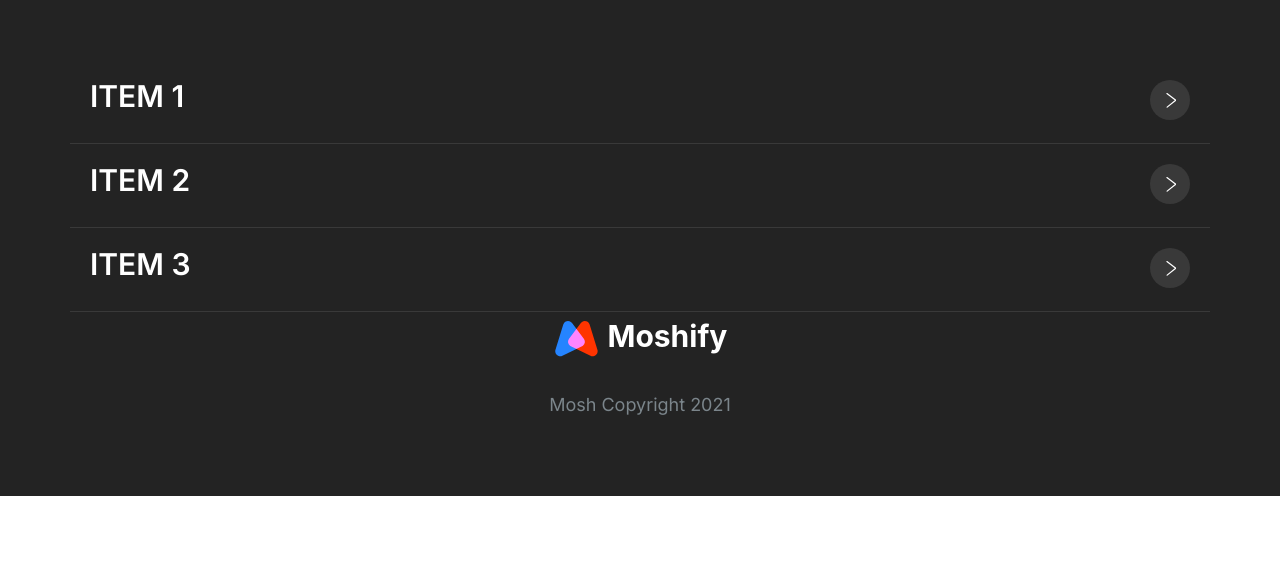
Repository: LeonUIO/first_website
Page: index.html
The author's editor kept a copy of each file at every save. The page is drawn from the files as they stood at one save, then again after the next save.
The browser window is 1280 px wide. The pictures show the whole page.

Above is the page before, as saved 2021-04-14 09:34:55.

### index.html
<!DOCTYPE html>
<html lang="en">
  <head>
    <meta charset="UTF-8" />
    <meta
      name="viewport"
      content="width=device-width, user-scalable=no, initial-scale=1.0, maximum-scale=1.0, minimum-scale=1.0"
    />
    <meta http-equiv="X-UA-Compatible" content="ie=edge" />
    <title>Document</title>
    <link rel="preconnect" href="https://fonts.gstatic.com" />
    <link
      href="https://fonts.googleapis.com/css2?family=Inter:wght@400;600;700&display=swap"
      rel="stylesheet"
    />
    <link rel="stylesheet" href="css/normalize.css" />
    <link rel="stylesheet" href="css/styles.css" />
  </head>
  <body>
    <footer class="block block--dark footer">
      <div class="container grid">
        <section class="collapsible footer__section">
          <div class="collapsible__header">
            <h2 class="collapsible__heading footer__heading">Item 1</h2>
            <svg class="icon icon--white collapsible--chevron">
              <use xlink:href="images/sprite.svg#chevron"></use>
            </svg>
          </div>
          <div class="collapsible__content">
            Lorem ipsum dolor sit amet consectetur, adipisicing elit. Incidunt,
            quae.
          </div>
        </section>
        <section class="collapsible footer__section">
          <div class="collapsible__header">
            <h2 class="collapsible__heading footer__heading">Item 2</h2>
            <svg class="icon icon--white collapsible--chevron">
              <use xlink:href="images/sprite.svg#chevron"></use>
            </svg>
          </div>
          <div class="collapsible__content">
            Lorem ipsum dolor sit amet consectetur, adipisicing elit. Incidunt,
            quae.
          </div>
        </section>
        <section class="collapsible footer__section">
          <div class="collapsible__header">
            <h2 class="collapsible__heading footer__heading">Item 3</h2>
            <svg class="icon icon--white collapsible--chevron">
              <use xlink:href="images/sprite.svg#chevron"></use>
            </svg>
          </div>
          <div class="collapsible__content">
            Lorem ipsum dolor sit amet consectetur, adipisicing elit. Incidunt,
            quae.
          </div>
        </section>
        <section class="footer__brand">
          <img src="images/logo.svg" alt="" />
          <p class="footer__copyright">Mosh Copyright 2021</p>
        </section>
      </div>
    </footer>
    <script src="js/main.js"></script>
  </body>
</html>

### css/styles.css
:root {
  --color-primary: #2584ff;
  --color-secondary: #00d9ff;
  --color-accent: #ff3400;
  --color-headings: #1b0760;
  --color-body: #918ca4;
  --color-body-darker: #5c5577;
  --color-border: #ccc;
  --border-radius: 30px;
}

*,
*::after,
*::before {
  box-sizing: border-box;
}

/* Typography */
html {
  font-size: 62.5%;
}

body {
  font-family: Inter, arial, helvetica, sans-serif;
  color: var(--color-body);
  font-size: 2.4rem;
  line-height: 1.5;
}

h1,
h2,
h3 {
  color: var(--color-headings);
  margin-bottom: 1rem;
  line-height: 1.1;
}

h1 {
  font-size: 7rem;
}

h2 {
  font-size: 4rem;
}

h3 {
  font-size: 3rem;
}

@media screen and (min-width: 1024px) {
  body {
    font-size: 1.8rem;
  }

  h1 {
    font-size: 8rem;
  }

  h2 {
    font-size: 4rem;
  }

  h3 {
    font-size: 2.4rem;
  }
}

/* Links */
a {
  text-decoration: none;
}

.link-arrow {
  color: var(--color-accent);
  font-size: 2rem;
  font-weight: bold;
}

.link-arrow::after {
  content: "-->";
  margin-left: 5px;
  transition: margin-left 0.15s;
}

.link-arrow:hover::after {
  margin-left: 10px;
}

@media screen and (min-width: 1024px) {
  .link-arrow {
    font: size 1.5em;
  }
}

/* Badges */
.badge {
  white-space: nowrap;
  padding: 0.5rem 2rem;
  font-weight: 600;
  border-radius: 20px;
  font-size: 2rem;
}

.badge--primary {
  background: var(--color-primary);
  color: #fff;
}

.badge--secondary {
  background: var(--color-secondary);
  color: #fff;
}

.badge--small {
  font-size: 1.6rem;
}

@media screen and (min-width: 1024px) {
  .badge {
    font-size: 1.5rem;
  }

  .badge--small {
    font-size: 1.2rem;
  }
}

/* Lists */
.list {
  list-style: none;
  color: var(--color-headings);
  padding-left: 0;
}

.list--inline .list__item {
  display: inline-block;
  margin-right: 2rem;
}

.list--tick {
  list-style-image: url(../images/tick.svg);
  padding-left: 3rem;
}

.list--tick .list__item {
  margin-bottom: 1rem;
  padding-left: 0.5rem;
}

@media screen and (min-width: 1024px) {
  .list--tick .list__item {
    padding-left: 0;
  }
}

/* Icons */
.icon {
  width: 40px;
  height: 40px;
}

.icon--small {
  width: 30px;
  height: 30px;
}

.icon--primary {
  fill: var(--color-primary);
}

.icon--white {
  fill: #fff;
}

.icon-container {
  width: 64px;
  height: 64px;
  border-radius: 100%;
  background: #f3f9fa;
  display: inline-flex;
  justify-content: center;
  align-items: center;
}

.icon-container--accent {
  background: var(--color-accent);
}

/* Buttons */
.btn {
  border-radius: 40px;
  border: 0;
  cursor: pointer;
  font-size: 1.8rem;
  font-weight: 600;
  margin: 1rem 0;
  outline: 0;
  padding: 2rem 3rem;
  text-transform: uppercase;
  text-align: center;
  white-space: nowrap;
}

.btn .icon {
  width: 2rem;
  height: 2rem;
  margin-right: 1rem;
  vertical-align: middle;
}

.btn--primary {
  background: var(--color-primary);
  color: #fff;
}

.btn--primary:hover {
  background: #3a8ffd;
}

.btn--secondary {
  background: var(--color-secondary);
  color: #fff;
}

.btn--secondary:hover {
  background: #00c8eb;
}

.btn--accent {
  background: var(--color-accent);
  color: #fff;
}

.btn--accent:hover {
  background: #ec3000;
}

.btn--stretched {
  padding-left: 6rem;
  padding-right: 6rem;
}

.btn--block {
  width: 100%;
  display: inline-block;
}

.btn--outline {
  background: #fff;
  color: var(--color-headings);
  border: 2px solid var(--color-headings);
}

.btn--outline:hover {
  background: var(--color-headings);
  color: #fff;
}

@media screen and (min-width: 1024px) {
  .btn {
    font-size: 1.5rem;
  }
}

/* Inputs */
.input {
  border-radius: var(--border-radius);
  border: 1px solid var(--color-border);
  color: var(--color-headings);
  font-size: 2rem;
  outline: 0;
  padding: 1.5rem 3.5rem;
}

::placeholder {
  color: #cdcbd7;
}

.input-group {
  border-radius: var(--border-radius);
  border: 2px solid var(--color-border);
  display: flex;
}

.input-group .input {
  border: 0;
  flex-grow: 1;
  padding: 1.5rem 2rem;
}

.input-group .btn {
  margin: 4px;
}

@media screen and (min-width: 1024px) {
  .input {
    font-size: 1.5rem;
  }
}

/* Cards */
.card {
  border-radius: 7px;
  box-shadow: 0 0 20px 10px #f3f3f3;
  overflow: hidden;
}

.card__header,
.card__body {
  padding: 2rem 3rem;
}

.card--primary .card__header {
  background: var(--color-primary);
  color: #fff;
}

.card--secondary .card__header {
  background: var(--color-secondary);
  color: #fff;
}

.card--primary .badge--primary {
  background: #126de4;
}

.card--secondary .badge--secondary {
  background: #02cdf1;
}

/* Plans */
.plan {
  transition: transform 0.2s ease-out;
}

.plan__name {
  color: #fff;
  margin: 0;
  font-weight: 500;
  font-size: 2.4rem;
}

.plan__price {
  font-size: 6rem;
}

.plan__billing-cycle {
  font-size: 2.4rem;
  font-weight: 300;
  opacity: 0.8;
  margin-right: 1rem;
}

.plan__description {
  font-size: 2rem;
  font-weight: 300;
  letter-spacing: 1px;
  display: block;
}

.plan .list__item {
  margin-bottom: 2rem;
}

.plan--popular {
  transform: scale(1.1);
}

.plan--popular .card__header {
  position: relative;
}

.plan--popular .card__header::before {
  content: url(../images/popular.svg);
  width: 40px;
  display: inline-block;
  position: absolute;
  top: -6px;
  right: 5%;
}

.plan:hover {
  transform: scale(1.05);
}

.plan--popular:hover {
  transform: scale(1.15);
}

@media screen and (min-width: 1024px) {
  .plan__name {
    font-size: 1.4rem;
  }

  .plan__price {
    font-size: 5rem;
  }

  .plan__billing-cycle {
    font-size: 1.6rem;
  }

  .plan__description {
    font-size: 1.7rem;
  }
}

/* Media */
.media {
  display: flex;
}

.media__title {
  margin-top: 0;
}

.media__body {
  margin: 0 2rem;
}

.media__image {
  margin-top: 1rem;
}

/* Quotes */
.quote {
  font-size: 3rem;
  color: var(--color-body-darker);
  font-style: italic;
  line-height: 1.3;
}

.quote__text::before {
  content: open-quote;
}

.quote__text::after {
  content: close-quote;
}

.quote__footer {
  font-style: normal;
}

.quote--line {
  position: relative;
  bottom: 10px;
}

.quote__author {
  font-size: 3rem;
  font-weight: 500;
  margin-bottom: 0;
}

.quote__company {
  color: var(--color-headings);
  margin-top: 0;
  font-size: 2rem;
  opacity: 0.4;
}

@media screen and (min-width: 1024px) {
  .quote {
    font-size: 2rem;
  }

  .quote__author {
    font-size: 2.4rem;
  }

  .quote__company {
    font-size: 1.6rem;
  }
}

/* Grids */
.grid {
  display: grid;
}

@media screen and (min-width: 768px) {
  .grid--cols-2 {
    grid-template-columns: repeat(2, 1fr);
  }
}
@media screen and (min-width: 1024px) {
  .grid--cols-3 {
    grid-template-columns: repeat(3, 1fr);
  }
}

/* Testimonial */
.testimonial {
  padding: 3rem;
}

.testimonial__image > img {
  width: 100%;
}

.testimonial__image {
  position: relative;
}

.testimonial__image > .icon-container {
  position: absolute;
  top: 3rem;
  right: -32px;
}

@media screen and (min-width: 768px) {
  .testimonial .quote,
  .testimonial .quote__author {
    font-size: 2.4rem;
  }

  .testimonial .quote {
    margin-left: 6rem;
  }
}

@media screen and (max-width: 768px) {
  .testimonial .icon-container {
    width: 60px;
    height: 60px;
  }
  .testimonial__image > .icon-container {
    position: absolute;
    top: 3rem;
    right: -30px;
  }
}

/* Callouts */
.callout {
  border-radius: 5px;
  padding: 4rem;
}

.callout--primary {
  background: var(--color-primary);
  color: #fff;
}

.callout__heading {
  margin-top: 0;
  font-size: 3rem;
  color: #fff;
}

.callout__content {
  text-align: center;
}

.callout .btn {
  justify-self: center;
  align-self: center;
}

@media (min-width: 768px) {
  .callout .grid--cols-2 {
    grid-template-columns: 1fr auto;
  }

  .callout__content {
    text-align: left;
  }

  .callout .btn {
    justify-self: start;
    margin: 0 2rem;
  }
}

/* Collapsibles */
.collapsible__header {
  display: flex;
  justify-content: space-between;
}

.collapsible__heading {
  margin-top: 0;
  font-size: 3rem;
}

.collapsible--chevron {
  transform: rotate(-90deg);
}

.collapsible__content {
  max-height: 0;
  overflow: hidden;
  opacity: 0;
  transition: all 0.3s;
}

.collapsible--expanded .collapsible--chevron {
  transform: rotate(0);
}

.collapsible--expanded .collapsible__content {
  max-height: 100vh;
  opacity: 1;
}

/* Blocks */
.block {
  --padding-vertical: 6rem;
  padding: var(--padding-vertical) 2rem;
}

.block__header {
  text-align: center;
  margin-bottom: 4rem;
}

.block__heading {
  margin-top: 0;
}

.block--dark {
  background: #000;
  color: #7b858b;
}

.block--dark .block__heading {
  color: #fff;
}

.block--skewed-right {
  padding-bottom: calc(var(--padding-vertical) + 4rem);
  clip-path: polygon(0% 0%, 100% 0%, 100% 100%, 0% 80%);
}

.block--skewed-left {
  padding-bottom: calc(var(--padding-vertical) + 4rem);
  clip-path: polygon(0% 0%, 100% 0%, 100% 80%, 0% 100%);
}

.container {
  max-width: 1140px;
  margin: 0 auto;
}

/* Navigation Bar */
.nav {
  background: #000;
  display: flex;
  justify-content: space-between;
  flex-wrap: wrap;
  padding: 0 1rem;
  align-items: center;
}

.nav__list {
  width: 100%;
  margin: 0;
}

.nav__item {
  border-bottom: 1px solid #222;
  padding: 0.5rem 2rem;
}

.nav__item > a {
  color: #d2d0db;
  transition: color 0.3s;
}

.nav__item > a:hover {
  color: #fff;
}

.nav__toggler {
  opacity: 0.5;
  transition: box-shadow 0.15s;
  cursor: pointer;
}

.nav.collapsible--expanded .nav__toggler {
  opacity: 1;
  box-shadow: 0 0 0 3px #666;
  border-radius: 5px;
}

.nav__brand {
  transform: translateY(5px);
}

@media screen and (min-width: 768px) {
  .nav__toggler {
    display: none;
  }

  .nav__list {
    width: auto;
    display: flex;
    font-size: 1.6rem;
    max-height: 100%;
    opacity: 1;
  }

  .nav__item {
    border: 0;
  }
}

/* Hero */
.hero {
  clip-path: polygon(0% 0%, 100% 0%, 100% 90%, 0% 100%);
}

.hero__tagline {
  font-size: 2rem;
  color: #b9c3cf;
  letter-spacing: 1px;
  margin: 2rem 0 5rem;
}

.hero__image {
  width: 100%;
}

@media screen and (min-width: 768px) {
  .hero {
    padding-top: 0;
  }

  .hero__content {
    text-align: left;
    align-self: center;
  }
}

/* Domain Block */
.block-domain .input-group {
  box-shadow: 0 0 30px 20px #e6ebee;
  border: 0;
  margin: 4rem auto;
  max-width: 670px;
}

.block-domain__prices {
  display: grid;
  grid-template-columns: repeat(3, 1fr);
  grid-template-rows: repeat(2, 6rem);
  font-size: 2rem;
  font-weight: 600;
  justify-items: center;
  max-width: 700px;
  margin: 0 auto;
}

@media screen and (min-width: 768px) {
  .block-domain__prices {
    grid-template-columns: repeat(auto-fit, minmax(10rem, 1fr));
  }
}
/* Plan Block */
.block-plan .grid {
  gap: 8rem 4rem;
}

.block-plan .card {
  max-width: 500px;
  margin: 0 auto;
}

/* Features */
.feature {
  gap: 2rem 4rem;
  margin: 12rem 0;
}

.feature:first-of-type {
  margin: 6rem 0;
}

.feature__heading {
  margin: 1rem 0;
}

.feature__image {
  width: 100%;
}

@media screen and (min-width: 768px) {
  .feature:nth-of-type(even) .feature__content {
    order: 2;
  }
}

/* Showcase Block */
.block-showcase__image > img {
  width: 100%;
}

@media screen and (min-width: 768px) {
  .block-showcase .grid {
    grid-template-columns: 50% 50%;
  }

  .block-showcase__image {
    justify-self: end;
  }

  .block-showcase__image > img {
    width: auto;
    max-width: 700px;
  }
}

/* Footer */
.footer {
  background: #232323;
}

.footer__section {
  padding: 2rem;
  border-bottom: 1px solid #393939;
}

.footer__heading {
  color: #fff;
  text-transform: uppercase;
  font-weight: 600;
}

.footer__brand {
  text-align:center;

}

Loaded but not shown: css/normalize.css (library); js/main.js (common file)

After the next save:
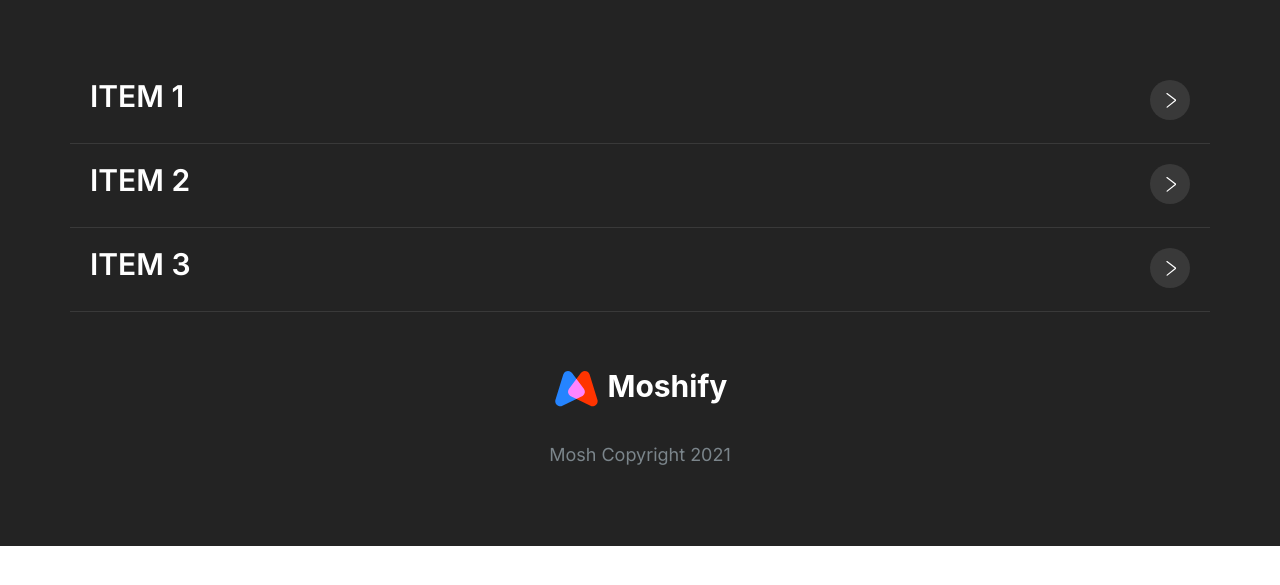
Saved 7 s later.
--- a/css/styles.css
+++ b/css/styles.css
@@ -828,6 +828,6 @@ a {
 }
 
 .footer__brand {
-  text-align:center;
-
-}
+  text-align: center;
+  margin-top: 5rem;
+}
